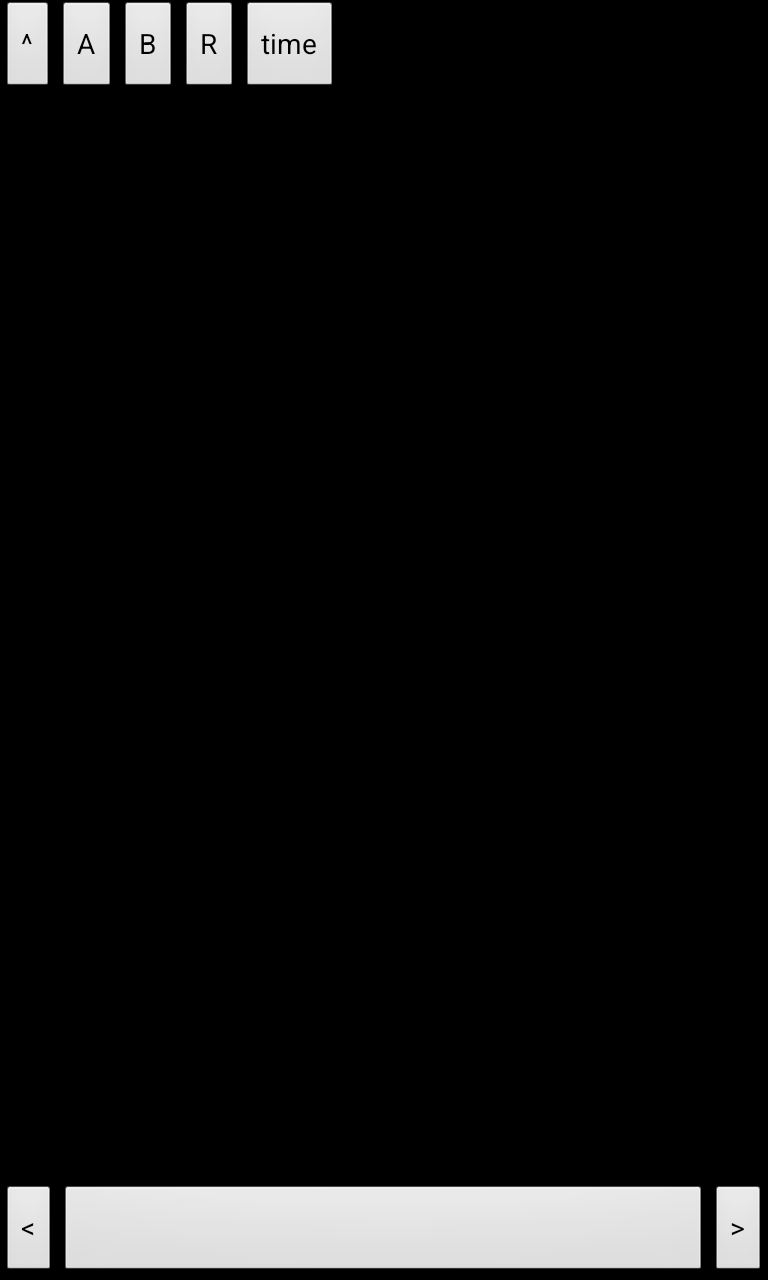
Repository: simplesns/workspace
Layout: eclipse/DEPuzzles/res/layout/crosswords.xml
The author's editor kept a copy of each file at every save. The layout is drawn from the files as they stood at one save, then again after the next save.
Pictures or frames that could not be fetched are drawn as grey boxes. It is drawn on a 768 x 1280 px phone screen (xhdpi) without system bars, with theme android:Theme; the app's code is not run.

Above is the layout before, as saved 2011-01-22 01:33:46.

### eclipse/DEPuzzles/res/layout/crosswords.xml
<?xml version="1.0" encoding="utf-8"?>
<LinearLayout xmlns:android="http://schemas.android.com/apk/res/android"
	android:layout_width="fill_parent" android:layout_height="fill_parent"
	android:orientation="vertical">
	<LinearLayout android:id="@+id/LinearLayout01"
		android:layout_height="wrap_content" android:layout_width="fill_parent">
		<Button android:id="@+id/Button01" android:layout_width="wrap_content"
			android:layout_height="wrap_content" android:text="^"></Button>
		<Button android:id="@+id/Button02" android:layout_width="wrap_content"
			android:layout_height="wrap_content" android:text="A"></Button>
		<Button android:id="@+id/Button03" android:layout_width="wrap_content"
			android:layout_height="wrap_content" android:text="B"></Button>
		<Button android:id="@+id/Button04" android:layout_width="wrap_content"
			android:layout_height="wrap_content" android:text="R"></Button>
		<Button android:id="@+id/Button05" android:layout_width="wrap_content"
			android:layout_height="wrap_content" android:text="time"></Button>
	</LinearLayout>
	<ScrollView android:id="@+id/ScrollView01"
		android:layout_width="wrap_content" android:layout_height="wrap_content" android:layout_weight="1"></ScrollView>
	<LinearLayout android:id="@+id/LinearLayout02"
		android:layout_height="wrap_content" android:layout_width="fill_parent">
		<Button android:id="@+id/Button06"
			android:layout_width="wrap_content" android:layout_height="wrap_content" android:text="&lt;"></Button>
<Button android:text="@+id/Button07" android:id="@+id/Button07"
			android:layout_width="wrap_content" android:layout_height="wrap_content" android:layout_weight="1"></Button>
		<Button android:id="@+id/Button08"
			android:layout_width="wrap_content" android:layout_height="wrap_content" android:text="&gt;"></Button>

</LinearLayout>
		<LinearLayout android:id="@+id/LinearLayout03" android:layout_width="wrap_content" android:layout_height="wrap_content"></LinearLayout>
</LinearLayout>

After the next save:
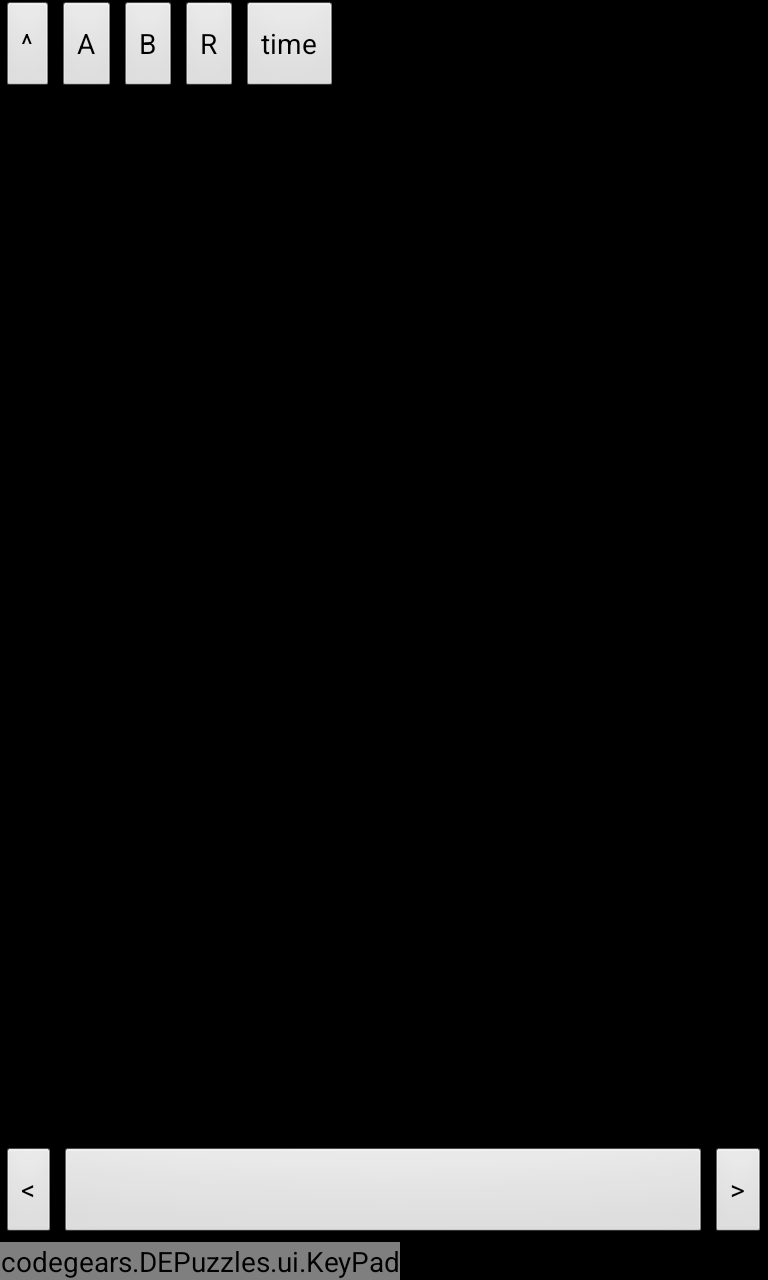
Saved 18 s later.
--- a/eclipse/DEPuzzles/res/layout/crosswords.xml
+++ b/eclipse/DEPuzzles/res/layout/crosswords.xml
@@ -27,5 +27,5 @@
 			android:layout_width="wrap_content" android:layout_height="wrap_content" android:text="&gt;"></Button>
 
 </LinearLayout>
-		<LinearLayout android:id="@+id/LinearLayout03" android:layout_width="wrap_content" android:layout_height="wrap_content"></LinearLayout>
+		<codegears.DEPuzzles.ui.KeyPad android:id="@+id/LinearLayout03" android:layout_width="wrap_content" android:layout_height="wrap_content"></codegears.DEPuzzles.ui.KeyPad>
 </LinearLayout>
